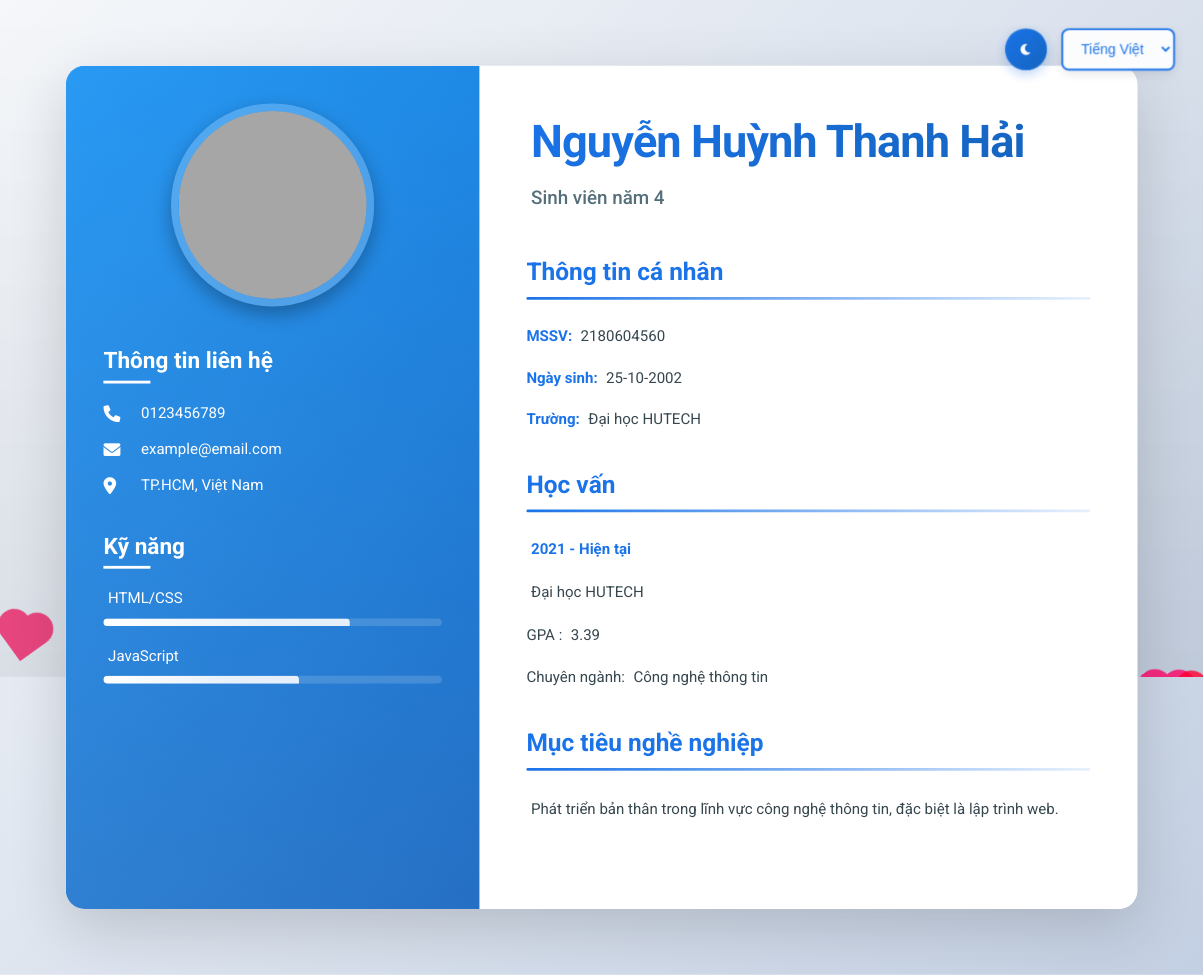
Repository: Haimichi/haimichi.github.io
Page: index.html
These files come from the project's save history. The page is drawn as it stood at one moment and after the next save; the edit follows.
The browser window is 1280 px wide. The pictures show the whole page, at 94% of full size.
Pictures or frames that could not be fetched are drawn as grey boxes.

Above is the page before, as saved 2025-03-04 11:10:59.

### index.html
<!DOCTYPE html>
<html lang="en">
<head>
    <meta charset="UTF-8">
    <meta name="viewport" content="width=device-width, initial-scale=1.0">
    <title>CV - Nguyễn Huỳnh Thanh Hải</title>
    <link rel="stylesheet" href="style.css">
    <link rel="stylesheet" href="https://cdnjs.cloudflare.com/ajax/libs/font-awesome/6.0.0/css/all.min.css">
    <link href="https://fonts.googleapis.com/css2?family=Roboto:wght@400;500;700&display=swap" rel="stylesheet">
    <style>
        .editable-input {
            background: transparent;
            border: none;
            border-bottom: 2px solid #1a73e8;
            color: inherit;
            font-size: inherit;
            font-family: inherit;
            width: 100%;
            padding: 5px 0;
            outline: none;
        }

        [contenteditable="true"]:hover {
            background: rgba(26, 115, 232, 0.1);
            cursor: pointer;
            padding: 2px 5px;
            border-radius: 4px;
        }
    </style>
</head>
<body>
    <div class="theme-controls">
        <button id="themeToggle" class="theme-btn">
            <i class="fas fa-moon"></i>
        </button>
        <select id="languageSelect" class="lang-select">
            <option value="vi">Tiếng Việt</option>
            <option value="en">English</option>
        </select>
    </div>
    <div class="container">
        <div class="cv-container">
            <div class="left-column">
                <div class="profile-image">
                    <input type="file" id="imageInput" accept="image/*" style="display: none;">
                    <img src="avatar.jpg" alt="Profile Picture" onclick="document.getElementById('imageInput').click()" style="width: 200px; height: 200px; border-radius: 50%; object-fit: cover; cursor: pointer;">
                </div>
                <script>
                    document.getElementById('imageInput').addEventListener('change', function(event) {
                        const file = event.target.files[0];
                        if (file) {
                            const reader = new FileReader();
                            reader.onload = function(e) {
                                document.querySelector('.profile-image img').src = e.target.result;
                            };
                            reader.readAsDataURL(file);
                        }
                    });
                </script>
                <div class="contact-info">
                    <h2>Thông tin liên hệ</h2>
                    <p><i class="fas fa-phone"></i> <span class="editable" data-key="phone">0123456789</span></p>
                    <p><i class="fas fa-envelope"></i> <span class="editable" data-key="email">example@email.com</span></p>
                    <p><i class="fas fa-map-marker-alt"></i> <span class="editable" data-key="address">TP.HCM, Việt Nam</span></p>
                </div>
                <div class="skills">
                    <h2>Kỹ năng</h2>
                    <div class="skill-item">
                        <span class="editable" data-key="skill1Name">HTML/CSS</span>
                        <div class="skill-level">
                            <div class="skill-bar editable" data-key="skill1Level" style="width: 70%"></div>
                        </div>
                    </div>
                    <div class="skill-item">
                        <span class="editable" data-key="skill2Name">JavaScript</span>
                        <div class="skill-level">
                            <div class="skill-bar editable" data-key="skill2Level" style="width: 55%"></div>
                        </div>
                    </div>
                </div>
            </div>
            <div class="right-column">
                <div class="header">
                    <h1 class="editable" data-key="fullName">Nguyễn Huỳnh Thanh Hải</h1>
                    <h2 class="editable" data-key="title">Sinh viên năm 4</h2>
                </div>
                <div class="section">
                    <h2>Thông tin cá nhân</h2>
                    <p><strong>MSSV:</strong> <span class="editable" data-key="studentId">2180604560</span></p>
                    <p><strong>Ngày sinh:</strong> <span class="editable" data-key="dob">25-10-2002</span></p>
                    <p><strong>Trường:</strong> <span class="editable" data-key="university">Đại học HUTECH</span></p>
                </div>
                <div class="section">
                    <h2>Học vấn</h2>
                    <p><strong class="editable" data-key="educationPeriod">2021 - Hiện tại</strong></p>
                    <p class="editable" data-key="university">Đại học HUTECH</p>
                    <p>GPA : <span class="editable" data-key="gpa">3.39</span></p>
                    <p>Chuyên ngành: <span class="editable" data-key="major">Công nghệ thông tin</span></p>
                </div>
                <div class="section">
                    <h2>Mục tiêu nghề nghiệp</h2>
                    <p class="editable" data-key="careerObjective">Phát triển bản thân trong lĩnh vực công nghệ thông tin, đặc biệt là lập trình web.</p>
                </div>
            </div>
        </div>
    </div>
    <div class="hearts-container"></div>
    <div class="ending-screen">
        <div class="ending-message">❤️ Cảm ơn bạn đã xem CV của tôi! ❤️</div>
        <button class="restart-btn" onclick="restartAnimation()">Xem lại</button>
    </div>
</body>
<script>
const translations = {
    en: {
        title: "Contact Information",
        skills: "Skills",
        personalInfo: "Personal Information",
        education: "Education",
        career: "Career Objectives",
        studentId: "Student ID",
        dob: "Date of Birth",
        university: "University",
        major: "Major",
        present: "Present",
        fullName: "Full Name",
        title: "Title",
        educationPeriod: "Education Period",
        gpa: "GPA",
        careerObjective: "Career Objective",
        skill1Name: "Skill 1",
        skill2Name: "Skill 2"
    },
    vi: {
        title: "Thông tin liên hệ",
        skills: "Kỹ năng",
        personalInfo: "Thông tin cá nhân",
        education: "Học vấn",
        career: "Mục tiêu nghề nghiệp",
        studentId: "MSSV",
        dob: "Ngày sinh",
        university: "Trường",
        major: "Chuyên ngành",
        present: "Hiện tại",
        fullName: "Họ và tên",
        title: "Chức danh",
        educationPeriod: "Thời gian học",
        gpa: "GPA",
        careerObjective: "Mục tiêu nghề nghiệp",
        skill1Name: "Kỹ năng 1",
        skill2Name: "Kỹ năng 2"
    }
};

// Theme Toggle
const themeToggle = document.getElementById('themeToggle');
themeToggle.addEventListener('click', () => {
    document.body.classList.toggle('dark-theme');
    const icon = themeToggle.querySelector('i');
    if (document.body.classList.contains('dark-theme')) {
        icon.classList.replace('fa-moon', 'fa-sun');
    } else {
        icon.classList.replace('fa-sun', 'fa-moon');
    }
});

// Language Toggle
const languageSelect = document.getElementById('languageSelect');
languageSelect.addEventListener('change', (e) => {
    const lang = e.target.value;
    updateLanguage(lang);
});

function updateLanguage(lang) {
    document.querySelector('.contact-info h2').textContent = translations[lang].title;
    document.querySelector('.skills h2').textContent = translations[lang].skills;
    document.querySelector('.section h2').textContent = translations[lang].personalInfo;
    // Update other elements...
    document.querySelectorAll('.editable').forEach(element => {
        const key = element.getAttribute('data-key');
        const savedValue = localStorage.getItem(key);
        if (savedValue) {
            if (element.classList.contains('skill-bar')) {
                element.style.width = savedValue + '%';
            } else {
                element.textContent = savedValue;
            }
        }
    });
}

document.addEventListener('DOMContentLoaded', function() {
    // Khôi phục dữ liệu đã lưu
    const editables = document.querySelectorAll('.editable');
    editables.forEach(element => {
        const savedValue = localStorage.getItem(element.getAttribute('data-key'));
        if (savedValue) {
            element.textContent = savedValue;
        }
        makeEditable(element);
    });

    // Cập nhật hàm updateLanguage
    function updateLanguage(lang) {
        // ...existing translations...
        const editables = document.querySelectorAll('.editable');
        editables.forEach(element => {
            const key = element.getAttribute('data-key');
            const savedValue = localStorage.getItem(key);
            if (savedValue) {
                element.textContent = savedValue;
            }
        });
    }
});

function makeEditable(element) {
    element.addEventListener('click', function() {
        // Nếu là skill bar thì xử lý riêng
        if (element.classList.contains('skill-bar')) {
            const percentage = prompt('Nhập mức độ kỹ năng (0-100)%:', element.style.width.replace('%', ''));
            if (percentage !== null && !isNaN(percentage) && percentage >= 0 && percentage <= 100) {
                element.style.width = percentage + '%';
                localStorage.setItem(element.getAttribute('data-key'), percentage);
            }
            return;
        }

        const currentValue = this.textContent;
        const input = document.createElement('input');
        input.value = currentValue;
        input.className = 'editable-input';

        input.addEventListener('blur', function() {
            element.textContent = this.value;
            localStorage.setItem(element.getAttribute('data-key'), this.value);
        });

        input.addEventListener('keypress', function(e) {
            if (e.key === 'Enter') {
                this.blur();
            }
        });

        element.textContent = '';
        element.appendChild(input);
        input.focus();
    });
}

// Thay đổi các hàm liên quan đến trái tim
let heartCount = 0;
const maxHearts = 200; // Tăng số lượng tim tối đa
const visibleHearts = []; // Mảng lưu trữ các trái tim

function createHeart() {
    if (heartCount >= maxHearts) {
        clearInterval(heartInterval);
        setTimeout(explodeHearts, 2000);
        return;
    }

    const heart = document.createElement('div');
    heart.className = 'heart';

    // Random position
    heart.style.left = Math.random() * 100 + 'vw';

    // Larger size và random size
    const size = Math.random() * 20 + 25; // 25-45px
    heart.style.width = size + 'px';
    heart.style.height = size + 'px';

    // Vibrant colors
    const colors = [
        '#ff0000', '#ff4081', '#e91e63', '#ff6b6b',
        '#ff3366', '#ff0066', '#ff0033', '#ff3399'
    ];
    const color = colors[Math.floor(Math.random() * colors.length)];
    heart.style.background = color;

    // Position calculation
    const startY = window.innerHeight + size; // Start below viewport
    const endY = -size; // End above viewport
    const distance = startY + Math.abs(endY);
    const duration = (distance / 100) * (Math.random() * 2 + 3); // Adjust speed based on distance

    heart.style.setProperty('--start-y', `${startY}px`);
    heart.style.setProperty('--end-y', `${endY}px`);
    heart.style.setProperty('--duration', `${duration}s`);

    document.querySelector('.hearts-container').appendChild(heart);
    visibleHearts.push(heart);
    heartCount++;
}

function explodeHearts() {
    // Dừng animation hiện tại của tất cả trái tim
    visibleHearts.forEach(heart => {
        heart.style.animation = 'explode 1.5s forwards';
    });

    // Show ending screen sau khi hiệu ứng nổ hoàn thành
    setTimeout(() => {
        document.querySelector('.ending-screen').classList.add('show');
    }, 1500);
}

function restartAnimation() {
    // Xóa tất cả tim cũ
    heartCount = 0;
    visibleHearts.length = 0;
    document.querySelector('.hearts-container').innerHTML = '';
    document.querySelector('.ending-screen').classList.remove('show');

    // Restart heart creation
    heartInterval = setInterval(createHeart, 100); // Tạo tim nhanh hơn
}

// Thêm animation explode mới

// Start initial animation
let heartInterval = setInterval(createHeart, 200);
</script>
</html>

### style.css
body {
    margin: 0;
    padding: 0;
    font-family: 'Roboto', 'Segoe UI', sans-serif;
    background: linear-gradient(135deg, #f5f7fa 0%, #c3cfe2 100%);
    display: flex;
    justify-content: center;
    align-items: center;
    min-height: 100vh;
    color: #2c3e50;
}

.container {
    width: 100%;
    max-width: 1200px;
    padding: 30px;
    margin: 20px;
}

.cv-container {
    display: flex;
    background-color: white;
    border-radius: 20px;
    box-shadow: 0 20px 60px rgba(0, 0, 0, 0.15);
    overflow: hidden;
    margin: 20px;
    transition: transform 0.3s ease;
}

.cv-container:hover {
    transform: translateY(-5px);
}

.left-column {
    width: 360px;
    background: linear-gradient(145deg, #2196f3 0%, #1565c0 100%);
    color: white;
    padding: 40px;
    position: relative;
    overflow: hidden;
}

.left-column::before {
    content: '';
    position: absolute;
    top: 0;
    left: 0;
    right: 0;
    bottom: 0;
    background: linear-gradient(45deg, rgba(255,255,255,0.1) 0%, rgba(255,255,255,0) 100%);
    pointer-events: none;
}

.right-column {
    flex: 1;
    padding: 50px;
    background: white;
}

.profile-image {
    text-align: center;
    margin-bottom: 40px;
}

.profile-image img {
    width: 220px;
    height: 220px;
    border-radius: 50%;
    border: 8px solid rgba(255, 255, 255, 0.2);
    box-shadow: 0 8px 20px rgba(0, 0, 0, 0.3);
    transition: all 0.4s ease;
    filter: brightness(1.05);
}

.profile-image img:hover {
    transform: scale(1.05) rotate(2deg);
    border-color: rgba(255, 255, 255, 0.4);
}

.contact-info {
    margin-bottom: 40px;
}

.contact-info h2 {
    font-size: 24px;
    margin-bottom: 20px;
    position: relative;
    padding-bottom: 10px;
}

.contact-info h2::after {
    content: '';
    position: absolute;
    left: 0;
    bottom: 0;
    width: 50px;
    height: 3px;
    background: white;
}

.contact-info p {
    margin: 15px 0;
    display: flex;
    align-items: center;
    font-size: 16px;
}

.contact-info i {
    margin-right: 15px;
    width: 20px;
    font-size: 18px;
}

.skills {
    margin-bottom: 30px;
}

.skills h2 {
    font-size: 24px;
    margin-bottom: 20px;
    position: relative;
    padding-bottom: 10px;
}

.skills h2::after {
    content: '';
    position: absolute;
    left: 0;
    bottom: 0;
    width: 50px;
    height: 3px;
    background: white;
}

.skill-item {
    margin: 20px 0;
}

.skill-item span {
    display: block;
    margin-bottom: 10px;
    font-size: 16px;
}

.skill-level {
    width: 100%;
    height: 8px;
    background-color: rgba(255, 255, 255, 0.15);
    border-radius: 20px;
    overflow: hidden;
    position: relative;
}

.skill-bar {
    height: 100%;
    background: linear-gradient(90deg, #ffffff 0%, rgba(255,255,255,0.8) 100%);
    border-radius: 20px;
    transition: width 1.5s cubic-bezier(0.165, 0.84, 0.44, 1);
    position: relative;
    overflow: hidden;
}

.skill-bar::after {
    content: '';
    position: absolute;
    top: 0;
    left: -100%;
    width: 100%;
    height: 100%;
    background: linear-gradient(90deg, transparent, rgba(255,255,255,0.4), transparent);
    animation: shimmer 2s infinite;
}

@keyframes shimmer {
    100% {
        left: 100%;
    }
}

.header {
    margin-bottom: 50px;
}

.header h1 {
    font-size: 48px;
    background: linear-gradient(135deg, #1a73e8 0%, #1565c0 100%);
    -webkit-background-clip: text;
    -webkit-text-fill-color: transparent;
    margin: 0 0 15px 0;
    font-weight: 700;
    letter-spacing: -1px;
    position: relative;
}

.header h2 {
    color: #546e7a;
    margin: 0;
    font-size: 20px;
    font-weight: 500;
}

.section {
    margin-bottom: 40px;
}

.section h2 {
    color: #1a73e8;
    font-size: 26px;
    margin-bottom: 25px;
    position: relative;
    padding-bottom: 15px;
    font-weight: 600;
}

.section h2::after {
    content: '';
    position: absolute;
    left: 0;
    bottom: 0;
    width: 100%;
    height: 3px;
    background: linear-gradient(90deg, #1a73e8 0%, rgba(26,115,232,0.1) 100%);
    border-radius: 3px;
}

.section p {
    margin: 15px 0;
    line-height: 1.8;
    color: #37474f;
    font-size: 16px;
}

.section strong {
    color: #1a73e8;
    font-weight: 600;
}

@media (max-width: 768px) {
    .cv-container {
        flex-direction: column;
    }

    .left-column {
        width: auto;
    }

    .profile-image img {
        width: 150px;
        height: 150px;
    }
}

/* Theme controls styling */
.theme-controls {
    position: fixed;
    top: 30px;
    right: 30px;
    display: flex;
    gap: 15px;
    z-index: 1000;
}

.theme-btn {
    background: linear-gradient(135deg, #1a73e8 0%, #1565c0 100%);
    backdrop-filter: blur(10px);
    -webkit-backdrop-filter: blur(10px);
    border: 1px solid rgba(255,255,255,0.1);
    color: white;
    padding: 12px;
    border-radius: 50%;
    cursor: pointer;
    width: 45px;
    height: 45px;
    display: flex;
    align-items: center;
    justify-content: center;
    box-shadow: 0 4px 12px rgba(26,115,232,0.3);
    transition: transform 0.3s ease;
}

.theme-btn:hover {
    transform: translateY(-2px);
}

.lang-select {
    padding: 8px 15px;
    border-radius: 8px;
    border: 2px solid #1a73e8;
    background: rgba(255,255,255,0.9);
    backdrop-filter: blur(10px);
    -webkit-backdrop-filter: blur(10px);
    color: #1a73e8;
    cursor: pointer;
    font-size: 15px;
    font-weight: 500;
    transition: all 0.3s ease;
    box-shadow: 0 4px 12px rgba(0,0,0,0.1);
}

.lang-select:hover {
    background: #1a73e8;
    color: white;
}

/* Dark theme enhancements */
body.dark-theme {
    background: linear-gradient(135deg, #1a1a1a 0%, #2d2d2d 100%);
}

.dark-theme .cv-container {
    background-color: #1e1e1e;
    box-shadow: 0 20px 60px rgba(0, 0, 0, 0.3);
}

.dark-theme .right-column {
    color: #ffffff;
}

.dark-theme .section p {
    color: #e0e0e0;
}

.dark-theme .header h1 {
    background: linear-gradient(135deg, #64b5f6 0%, #1976d2 100%);
    -webkit-background-clip: text;
    -webkit-text-fill-color: transparent;
}

.dark-theme .header h2 {
    color: #b0b0b0;
}

.dark-theme .section h2 {
    color: #4a9eff;
    border-bottom-color: #4a9eff;
}

.dark-theme .left-column {
    background: linear-gradient(145deg, #1565c0 0%, #0d47a1 100%);
}

/* Thêm styles cho các phần tử có thể chỉnh sửa */
.editable {
    transition: all 0.3s ease;
    padding: 2px 5px;
    border-radius: 4px;
}

.editable:hover {
    background: rgba(26, 115, 232, 0.1);
    cursor: pointer;
}

.dark-theme .editable:hover {
    background: rgba(255, 255, 255, 0.1);
}

.editable-input {
    background: transparent;
    border: none;
    border-bottom: 2px solid #1a73e8;
    color: inherit;
    font-size: inherit;
    font-family: inherit;
    width: 100%;
    padding: 5px 0;
    outline: none;
}

.dark-theme .editable-input {
    border-bottom-color: #64b5f6;
}

/* Đặc biệt cho skill bars */
.skill-bar.editable:hover {
    opacity: 0.8;
    cursor: pointer;
}

/* Styles cho header editable */
h1.editable, h2.editable {
    display: inline-block;
    width: auto;
    min-width: 200px;
}

.header h1.editable:hover {
    background: rgba(26, 115, 232, 0.05);
}

/* Responsive improvements */
@media (max-width: 968px) {
    .cv-container {
        flex-direction: column;
        margin: 10px;
    }

    .left-column {
        width: auto;
        padding: 30px;
    }

    .header h1 {
        font-size: 36px;
    }
}

/* Cập nhật styles cho hearts */
.hearts-container {
    position: fixed;
    bottom: 0;
    left: 0;
    width: 100%;
    height: 100vh;
    pointer-events: none;
    z-index: -1;
    overflow: hidden;
    background: linear-gradient(to top, rgba(0,0,0,0.05), transparent);
}

.heart {
    position: absolute;
    bottom: -50px;
    width: 30px;
    height: 30px;
    background: transparent;
    transform: rotate(45deg);
    opacity: 0.8;
    animation: float var(--duration) ease-in-out infinite;
}

.heart::before,
.heart::after {
    content: '';
    position: absolute;
    width: 100%;
    height: 100%;
    background: inherit;
    border-radius: 50%;
}

.heart::before {
    left: -50%;
}

.heart::after {
    top: -50%;
}

@keyframes float {
    0% {
        transform: translateY(0) rotate(45deg) scale(1);
    }
    50% {
        transform: translateY(-50vh) rotate(90deg) scale(1.1);
    }
    100% {
        transform: translateY(-100vh) rotate(45deg) scale(1);
    }
}

/* Hiệu ứng nổ tim */
@keyframes explode {
    0% {
        transform: translate(0, 0) rotate(45deg) scale(1);
        opacity: 0.8;
    }
    50% {
        transform: translate(var(--explode-x), var(--explode-y)) rotate(180deg) scale(2);
        opacity: 0.5;
    }
    100% {
        transform: translate(var(--explode-x), var(--explode-y)) rotate(360deg) scale(0);
        opacity: 0;
    }
}

/* Màn hình kết thúc */
.ending-screen {
    position: fixed;
    top: 0;
    left: 0;
    width: 100%;
    height: 100vh;
    background: linear-gradient(135deg, #ff6b6b 0%, #ff4081 100%);
    display: none;
    justify-content: center;
    align-items: center;
    flex-direction: column;
    z-index: 1000;
    opacity: 0;
    transition: opacity 1s ease;
}

.ending-screen.show {
    display: flex;
    opacity: 1;
}

.ending-message {
    color: white;
    font-size: 48px;
    font-weight: bold;
    text-align: center;
    margin-bottom: 30px;
    text-shadow: 2px 2px 4px rgba(0,0,0,0.3);
    animation: pulse 2s infinite;
}

.restart-btn {
    padding: 15px 30px;
    font-size: 20px;
    background: white;
    color: #ff4081;
    border: none;
    border-radius: 30px;
    cursor: pointer;
    transition: all 0.3s ease;
    box-shadow: 0 4px 15px rgba(0,0,0,0.2);
}

.restart-btn:hover {
    transform: translateY(-2px);
    box-shadow: 0 6px 20px rgba(0,0,0,0.3);
}

@keyframes pulse {
    0% { transform: scale(1); }
    50% { transform: scale(1.05); }
    100% { transform: scale(1); }
}

After the next save:
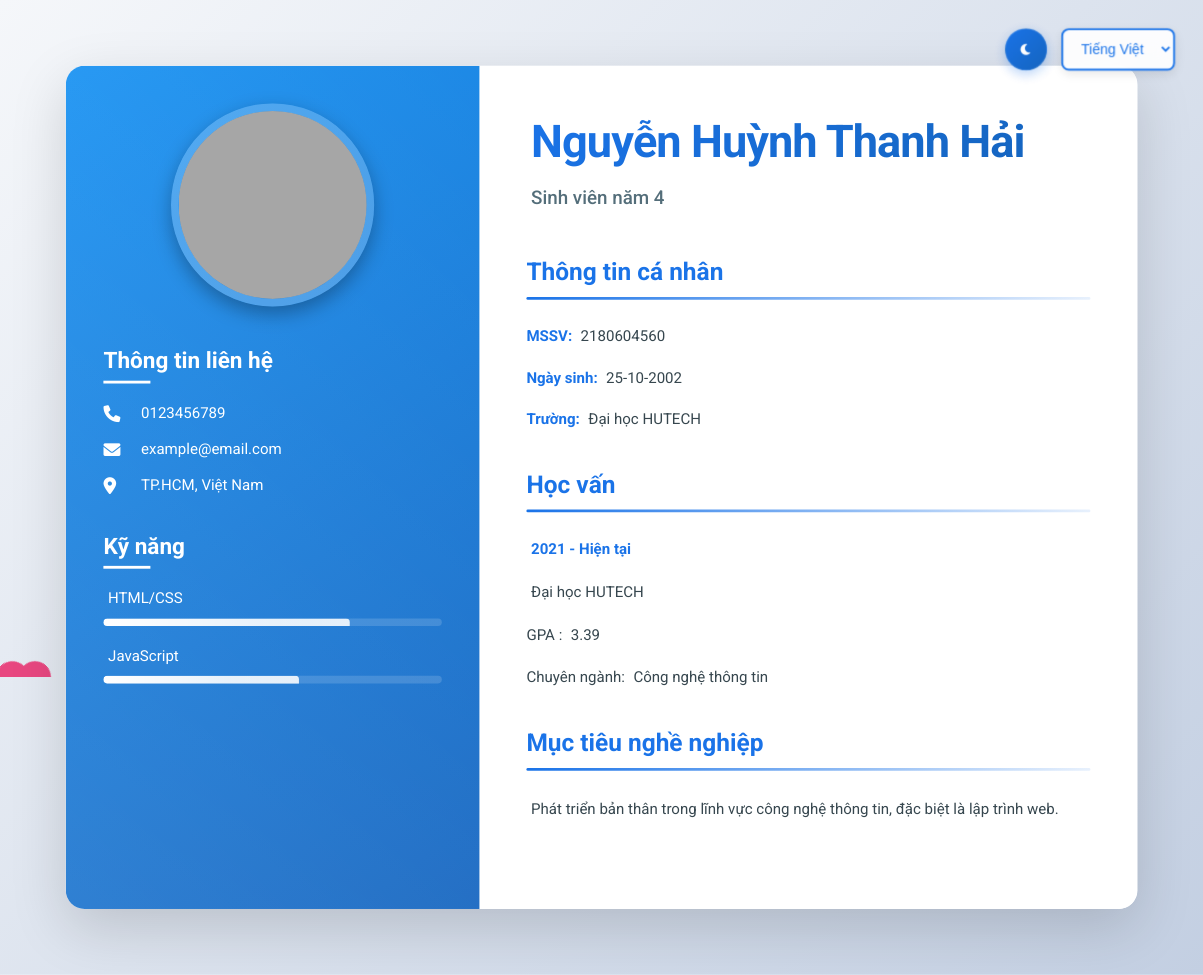
Saved 1 s later.
--- a/style.css
+++ b/style.css
@@ -408,25 +408,23 @@ h1.editable, h2.editable {
 /* Cập nhật styles cho hearts */
 .hearts-container {
     position: fixed;
-    bottom: 0;
+    top: 0;
     left: 0;
     width: 100%;
     height: 100vh;
     pointer-events: none;
     z-index: -1;
     overflow: hidden;
-    background: linear-gradient(to top, rgba(0,0,0,0.05), transparent);
 }
 
 .heart {
     position: absolute;
-    bottom: -50px;
     width: 30px;
     height: 30px;
     background: transparent;
     transform: rotate(45deg);
     opacity: 0.8;
-    animation: float var(--duration) ease-in-out infinite;
+    animation: floatAndStay var(--duration) ease-in-out forwards;
 }
 
 .heart::before,
@@ -475,14 +473,33 @@ h1.editable, h2.editable {
     }
 }
 
+@keyframes floatAndStay {
+    0% {
+        transform: translateY(var(--start-y)) rotate(45deg) scale(1);
+        opacity: 0;
+    }
+    10% {
+        opacity: 0.8;
+    }
+    100% {
+        transform: translateY(var(--end-y)) rotate(45deg) scale(1);
+        opacity: 0.8;
+    }
+}
+
 /* Màn hình kết thúc */
 .ending-screen {
     position: fixed;
-    top: 0;
-    left: 0;
-    width: 100%;
-    height: 100vh;
+    top: 50%;
+    left: 50%;
+    transform: translate(-50%, -50%);
+    width: auto;
+    min-width: 300px;
+    max-width: 80%;
+    padding: 30px;
     background: linear-gradient(135deg, #ff6b6b 0%, #ff4081 100%);
+    border-radius: 20px;
+    box-shadow: 0 10px 30px rgba(0,0,0,0.3);
     display: none;
     justify-content: center;
     align-items: center;
@@ -499,12 +516,25 @@ h1.editable, h2.editable {
 
 .ending-message {
     color: white;
-    font-size: 48px;
+    font-size: 24px;
     font-weight: bold;
     text-align: center;
-    margin-bottom: 30px;
+    margin-bottom: 20px;
     text-shadow: 2px 2px 4px rgba(0,0,0,0.3);
     animation: pulse 2s infinite;
+}
+
+/* Thêm overlay mờ khi hiển thị popup */
+.ending-screen::before {
+    content: '';
+    position: fixed;
+    top: 0;
+    left: 0;
+    right: 0;
+    bottom: 0;
+    background: rgba(0,0,0,0.5);
+    z-index: -1;
+    pointer-events: none;
 }
 
 .restart-btn {
